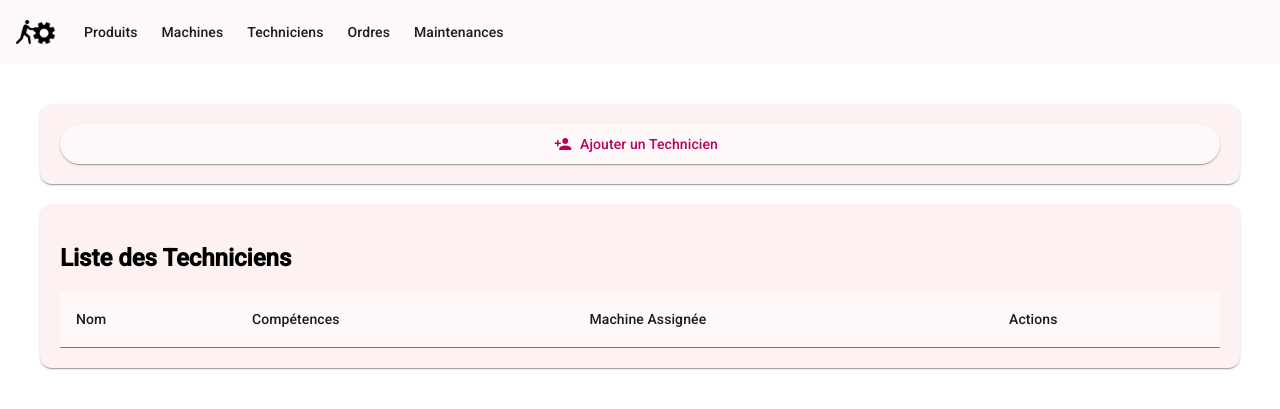
Repository: hadilXattia/Gestion_Production
Page: /techniciens (app in frontend-production/)
The author's editor kept a copy of each file at every save. The page is drawn from the files as they stood at one save, then again after the next save.
The browser window is 1280 px wide. The pictures show the whole page.
The page's requests for data from a server got no answer. The project was rebuilt for these pictures with package versions that can differ from the ones it lists, and the page was loaded fresh each time. No one was signed in, and anything a server would have sent is missing. Also part of the build but not shown: frontend-production/angular.json, frontend-production/src/app/components/produit/produit.component.ts, frontend-production/src/app/services/produit.service.ts, frontend-production/src/app/components/produit/ajouter-produit-dialog.component.ts, frontend-production/src/app/components/produit/produit-detail-dialog.component.ts, frontend-production/src/app/components/machine/machine.component.ts, frontend-production/src/app/components/machine/ajouter-machine-dialog.component.ts, frontend-production/src/app/components/machine/machine-detail-dialog.component.ts and 10 more.

Above is the page before, as saved 2025-05-10 16:48:11.

### frontend-production/src/index.html
<!doctype html>
<html lang="en">
<head>
  <meta charset="utf-8">
  <title>FrontendProduction</title>
  <base href="/">
  <meta name="viewport" content="width=device-width, initial-scale=1">
  <link rel="icon" type="image/x-icon" href="favicon.ico">
  <link href="https://fonts.googleapis.com/css2?family=Roboto:wght@300;400;500&display=swap" rel="stylesheet">
  <link href="https://fonts.googleapis.com/icon?family=Material+Icons" rel="stylesheet">
</head>
<body class="mat-typography">
  <app-root></app-root>
</body>
</html>

### frontend-production/src/main.ts
import { bootstrapApplication } from '@angular/platform-browser';
import { AppComponent } from './app/app.component';
import { provideHttpClient } from '@angular/common/http';
import { importProvidersFrom } from '@angular/core';
import { FormsModule } from '@angular/forms';
import { provideRouter } from '@angular/router';
import { routes } from './app/app.routes';

bootstrapApplication(AppComponent, {
  providers: [
    provideHttpClient(),
    importProvidersFrom(FormsModule),
    provideRouter(routes)
  ]
});

### frontend-production/src/app/app.component.ts
import { Component } from '@angular/core';
import { RouterOutlet } from '@angular/router';
import { NavbarComponent } from './components/navbar/navbar.component';

@Component({
  selector: 'app-root',
  standalone: true,
  imports: [NavbarComponent, RouterOutlet],
  template: `
    <app-navbar></app-navbar>
    <div style="padding: 20px">
      <router-outlet></router-outlet>
    </div>
  `
})
export class AppComponent {}

### frontend-production/src/app/app.routes.ts
import { Routes } from '@angular/router';
import { ProduitComponent } from './components/produit/produit.component';
import { MachineComponent } from './components/machine/machine.component';
import { TechnicienComponent } from './components/technicien/technicien.component';
import { OrdreFabricationComponent } from './components/ordre-fabrication/ordre-fabrication.component';
import { MaintenanceComponent } from './components/maintenance/maintenance.component';

export const routes: Routes = [
  { path: 'produits', component: ProduitComponent },
  { path: 'machines', component: MachineComponent },
  { path: 'techniciens', component: TechnicienComponent },
  { path: 'ordres', component: OrdreFabricationComponent },
  { path: 'maintenances', component: MaintenanceComponent },
  { path: '', redirectTo: 'produits', pathMatch: 'full' },
  { path: '**', redirectTo: 'produits' }
];

### frontend-production/src/app/components/navbar/navbar.component.ts
import { Component } from '@angular/core';
import { RouterModule } from '@angular/router';
import { CommonModule } from '@angular/common';
import { MatToolbarModule } from '@angular/material/toolbar';
import { MatButtonModule } from '@angular/material/button';

@Component({
  selector: 'app-navbar',
  standalone: true,
  imports: [CommonModule, RouterModule, MatToolbarModule, MatButtonModule],
  template: `
    <mat-toolbar color="primary">
      <img src="../../../asstes/logo.png" alt="Logo" height="40" style="margin-right: 16px;" />
      <button mat-button routerLink="/produits">Produits</button>
      <button mat-button routerLink="/machines">Machines</button>
      <button mat-button routerLink="/techniciens">Techniciens</button>
      <button mat-button routerLink="/ordres">Ordres</button>
      <button mat-button routerLink="/maintenances">Maintenances</button>
    </mat-toolbar>
  `
})
export class NavbarComponent {}

### frontend-production/src/app/components/technicien/technicien.component.ts
import { Component, OnInit } from '@angular/core';
import { TechnicienService } from '../../services/technicien.service';
import { MachineService } from '../../services/machine.service';
import { CommonModule } from '@angular/common';
import { FormsModule } from '@angular/forms';
import { MatTableModule } from '@angular/material/table';
import { MatFormFieldModule } from '@angular/material/form-field';
import { MatInputModule } from '@angular/material/input';
import { MatSelectModule } from '@angular/material/select';
import { MatButtonModule } from '@angular/material/button';
import { MatCardModule } from '@angular/material/card';
import { MatIconModule } from '@angular/material/icon';
import { TechnicienDetailDialogComponent } from './technicien-detail-dialog.component';
import { TechnicienAjoutDialogComponent } from './technicien-ajout-dialog.component';
import { MatDialog } from '@angular/material/dialog';

@Component({
  selector: 'app-technicien',
  standalone: true,
  imports: [
    CommonModule,
    FormsModule,
    MatTableModule,
    MatFormFieldModule,
    MatInputModule,
    MatSelectModule,
    MatButtonModule,
      MatIconModule,
    MatCardModule
  ],
  templateUrl: './technicien.component.html',
  styleUrl: './technicien.component.css'
})
export class TechnicienComponent implements OnInit {
  techniciens: any[] = [];
  machines: any[] = [];

  newTechnicien = {
    nom: '',
    competences: '',
    machineAssignee: null
  };

  constructor(
    private technicienService: TechnicienService,
    private machineService: MachineService,
    private dialog: MatDialog
  ) {}

  ngOnInit() {
    this.loadTechniciens();
    this.loadMachines();
  }

  loadTechniciens() {
    this.technicienService.getTechniciens().subscribe(data => {
      this.techniciens = data;
    });
  }

  loadMachines() {
    this.machineService.getMachines().subscribe(data => {
      this.machines = data;
    });
  }

  addTechnicien() {
    this.technicienService.createTechnicien(this.newTechnicien).subscribe(() => {
      this.newTechnicien = { nom: '', competences: '', machineAssignee: null };
      this.loadTechniciens();
    });
  }


  deleteTechnicien(id: number) {
    this.technicienService. deleteTechnicien(id).subscribe(() => {
      this.loadTechniciens();
    });
  }

  assignMachine(technicienId: number, machineId: number) {
    this.technicienService.assignMachine(technicienId, machineId).subscribe(() => {
      this.loadTechniciens();
    });
  }
openAjouterDialog() {
  const dialogRef = this.dialog.open(TechnicienAjoutDialogComponent, {
    width: '400px',
    data: { nom: '', competences: '' }
  });

  dialogRef.afterClosed().subscribe(result => {
    if (result) {
      this.technicienService.createTechnicien(result).subscribe(() => {
        this.loadTechniciens();
      });
    }
  });
} // <-- ✅ This closing brace was missing!

openDetailDialog(technicien: any) {
  this.dialog.open(TechnicienDetailDialogComponent, {
    width: '400px',
    data: technicien
  });
}
}

### frontend-production/src/app/services/machine.service.ts
import { Injectable } from '@angular/core';
import { HttpClient } from '@angular/common/http';
import { Observable } from 'rxjs';

export interface Machine {
  id?: number;
  nom: string;
  etat: string;
  maintenanceProchaine: string; // ISO date string
}

@Injectable({
  providedIn: 'root'
})
export class MachineService {
  private apiUrl = 'http://localhost:8080/api/machines';

  constructor(private http: HttpClient) {}

  getMachines(): Observable<Machine[]> {
    return this.http.get<Machine[]>(this.apiUrl);
  }

  createMachine(machine: Machine): Observable<Machine> {
    return this.http.post<Machine>(this.apiUrl, machine);
  }

  updateMachine(id: number, machine: Machine): Observable<Machine> {
    return this.http.put<Machine>(`${this.apiUrl}/${id}`, machine);
  }

  deleteMachine(id: number): Observable<void> {
    return this.http.delete<void>(`${this.apiUrl}/${id}`);
  }
}

### frontend-production/src/app/components/technicien/technicien.component.html
<!-- Add Button -->
<mat-card>
  <button mat-raised-button color="primary" (click)="openAjouterDialog()">
    <mat-icon>person_add</mat-icon> Ajouter un Technicien
  </button>
</mat-card>

<!-- List of Techniciens -->
<mat-card class="mt-4">
  <h2>Liste des Techniciens</h2>

  <table mat-table [dataSource]="techniciens" class="mat-elevation-z8" style="width: 100%">

    <!-- Nom -->
    <ng-container matColumnDef="nom">
      <th mat-header-cell *matHeaderCellDef> Nom </th>
      <td mat-cell *matCellDef="let t"> {{ t.nom }} </td>
    </ng-container>

    <!-- Compétences -->
    <ng-container matColumnDef="competences">
      <th mat-header-cell *matHeaderCellDef> Compétences </th>
      <td mat-cell *matCellDef="let t"> {{ t.competences }} </td>
    </ng-container>

    <!-- Machine -->
    <ng-container matColumnDef="machine">
      <th mat-header-cell *matHeaderCellDef> Machine Assignée </th>
      <td mat-cell *matCellDef="let t">
     <mat-select
  [ngModel]="t.machineAssignee?.id"
  (ngModelChange)="assignMachine(t.id, $event)"
  placeholder="Assigner machine">
  <mat-option *ngFor="let machine of machines" [value]="machine.id">
    {{ machine.nom }}
  </mat-option>
</mat-select>
      </td>
    </ng-container>

    <!-- Actions -->
    <ng-container matColumnDef="actions">
      <th mat-header-cell *matHeaderCellDef> Actions </th>
      <td mat-cell *matCellDef="let t">
        <button mat-icon-button color="accent" (click)="openDetailDialog(t)">
          <mat-icon>info</mat-icon>
        </button>

        <button mat-icon-button color="warn" (click)="deleteTechnicien(t.id)">
          <mat-icon>delete</mat-icon>
        </button>
      </td>
    </ng-container>

    <tr mat-header-row *matHeaderRowDef="['nom', 'competences', 'machine', 'actions']"></tr>
    <tr mat-row *matRowDef="let row; columns: ['nom', 'competences', 'machine', 'actions']"></tr>
  </table>
</mat-card>

### frontend-production/src/app/components/technicien/technicien.component.css
.full-width {
  width: 100%;
}

.form-container {
  display: flex;
  flex-direction: column;
  gap: 15px;
}

mat-card {
  margin: 20px;
  padding: 20px;
}

### frontend-production/src/app/services/technicien.service.ts
import { Injectable } from '@angular/core';
import { HttpClient } from '@angular/common/http';
import { Observable } from 'rxjs';
import { Machine } from './machine.service';

export interface Technicien {
  id?: number;
  nom: string;
  competences: string;
  machineAssignee?: Machine | null;
}

@Injectable({
  providedIn: 'root'
})
export class TechnicienService {
  private apiUrl = 'http://localhost:8080/api/techniciens';

  constructor(private http: HttpClient) {}

  getTechniciens(): Observable<Technicien[]> {
    return this.http.get<Technicien[]>(this.apiUrl);
  }

  createTechnicien(technicien: Technicien): Observable<Technicien> {
    return this.http.post<Technicien>(this.apiUrl, technicien);
  }

  updateTechnicien(id: number, technicien: Technicien): Observable<Technicien> {
    return this.http.put<Technicien>(`${this.apiUrl}/${id}`, technicien);
  }

  deleteTechnicien(id: number): Observable<void> {
    return this.http.delete<void>(`${this.apiUrl}/${id}`);
  }

  assignMachine(id: number, machineId: number): Observable<Technicien> {
    return this.http.patch<Technicien>(`${this.apiUrl}/${id}/assigner-machine/${machineId}`, {});
  }
}

Loaded but not shown: frontend-production/src/styles.css (common file)

After the next save:
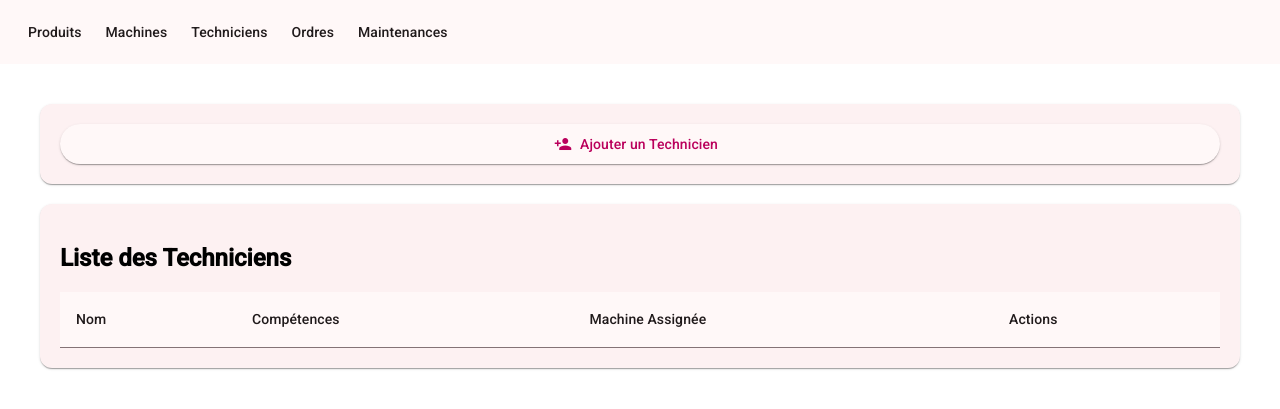
Saved 114 s later.
--- a/frontend-production/src/app/components/navbar/navbar.component.ts
+++ b/frontend-production/src/app/components/navbar/navbar.component.ts
@@ -10,7 +10,6 @@
   imports: [CommonModule, RouterModule, MatToolbarModule, MatButtonModule],
   template: `
     <mat-toolbar color="primary">
-      <img src="../../../asstes/logo.png" alt="Logo" height="40" style="margin-right: 16px;" />
       <button mat-button routerLink="/produits">Produits</button>
       <button mat-button routerLink="/machines">Machines</button>
       <button mat-button routerLink="/techniciens">Techniciens</button>

After the 6 saves that followed:
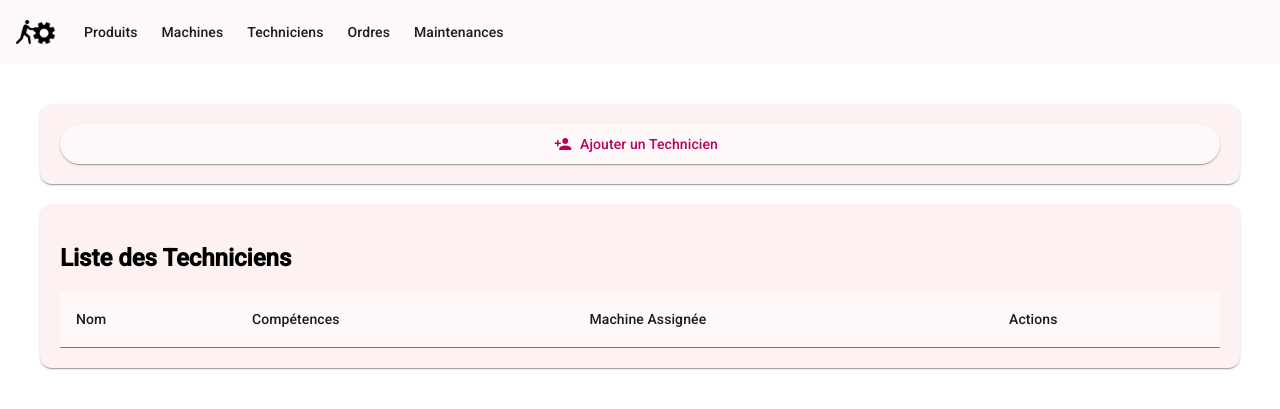
The 6 saves are shown as one change because 2 did not build or start and some came seconds apart.
The last was saved 24 s later.
--- a/frontend-production/src/app/components/navbar/navbar.component.ts
+++ b/frontend-production/src/app/components/navbar/navbar.component.ts
@@ -10,6 +10,7 @@
   imports: [CommonModule, RouterModule, MatToolbarModule, MatButtonModule],
   template: `
     <mat-toolbar color="primary">
+      <img src="../../../asstes/logo.png" alt="Logo" height="40" style="margin-right: 16px;" />
       <button mat-button routerLink="/produits">Produits</button>
       <button mat-button routerLink="/machines">Machines</button>
       <button mat-button routerLink="/techniciens">Techniciens</button>
